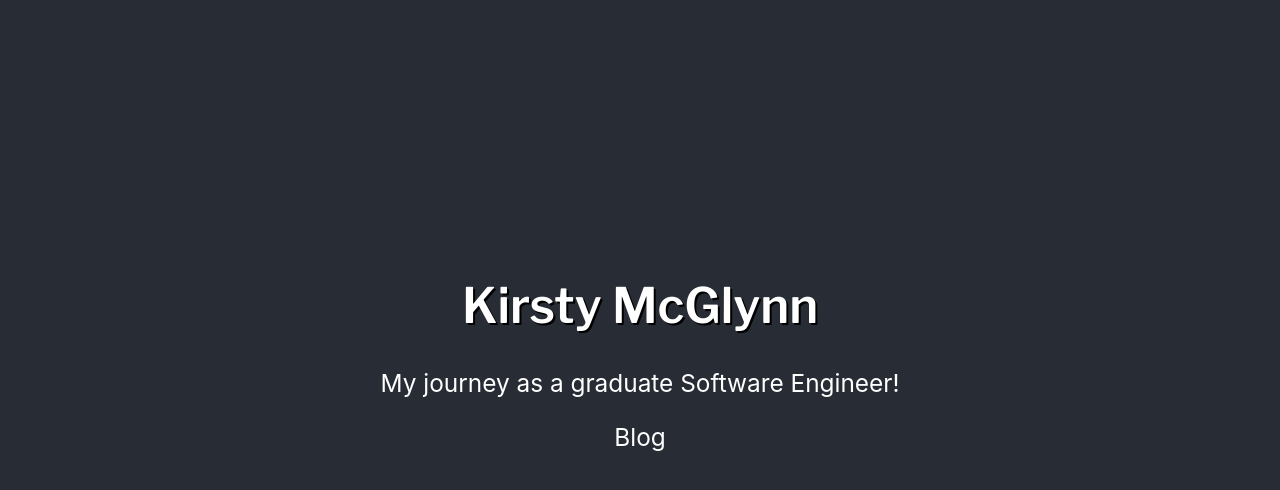
Repository: KLM94/blog
Page: /
These files come from the project's save history. The page is drawn as it stood at one moment and after the next save; the edit follows.
The browser window is 1280 px wide. The pictures show the whole page.
The project was rebuilt for these pictures with package versions that can differ from the ones it lists, and the page was loaded fresh each time.

Above is the page before, as saved 2020-11-07 12:34:56.

After the next save:
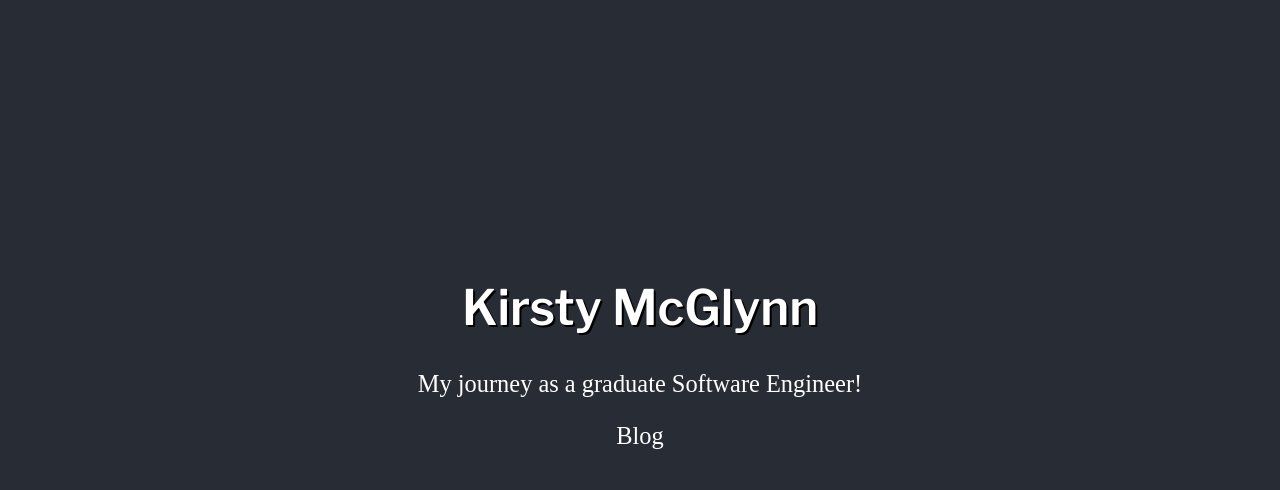
Saved 14 s later.
--- a/src/index.css
+++ b/src/index.css
@@ -2,9 +2,6 @@
 
 body {
   margin: 0;
-  font-family: -apple-system, BlinkMacSystemFont, "Segoe UI", "Roboto", "Oxygen",
-    "Ubuntu", "Cantarell", "Fira Sans", "Droid Sans", "Helvetica Neue",
-    sans-serif;
 }
 
 h1 {

After the save that followed:
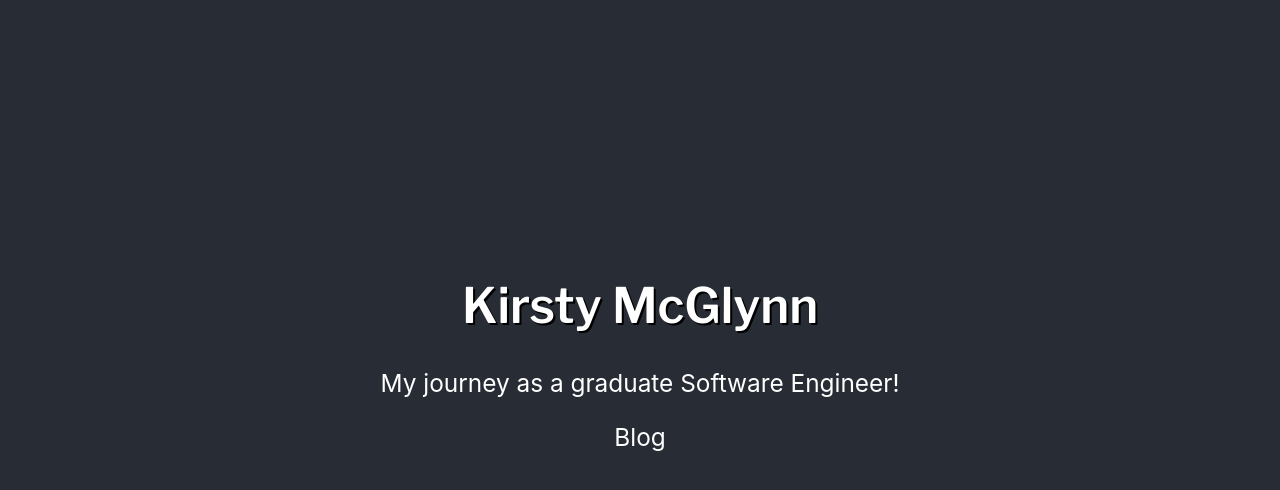
Saved 9 s later.
--- a/src/index.css
+++ b/src/index.css
@@ -2,6 +2,9 @@
 
 body {
   margin: 0;
+  font-family: -apple-system, BlinkMacSystemFont, "Segoe UI", "Roboto", "Oxygen",
+    "Ubuntu", "Cantarell", "Fira Sans", "Droid Sans", "Helvetica Neue",
+    sans-serif;
 }
 
 h1 {
